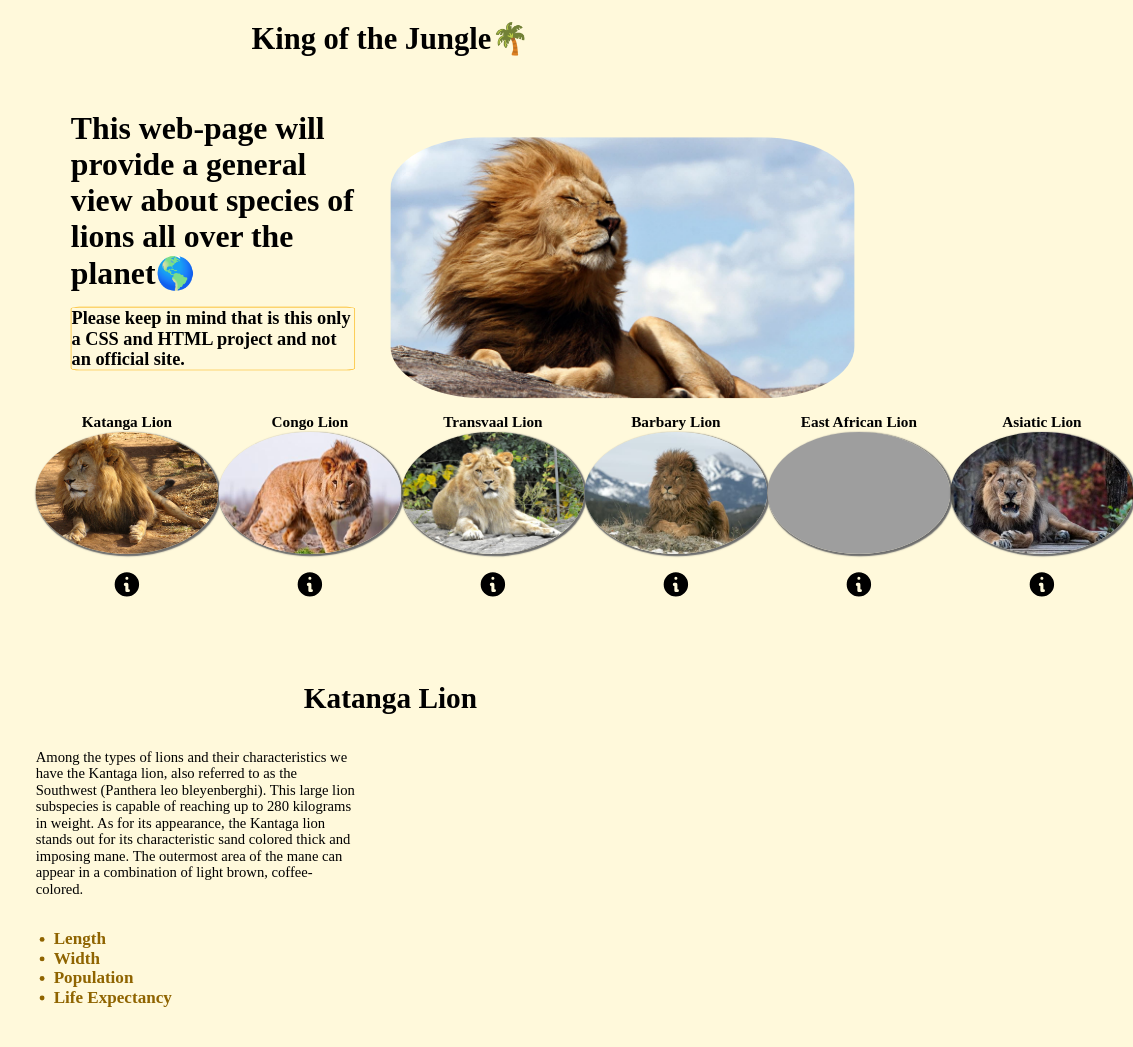
Repository: GeorgeManias/lions_project
Page: index.html
The author's editor kept a copy of each file at every save. The page is drawn from the files as they stood at one save, then again after the next save.
The browser window is 1280 px wide. The page is 1858 px wide, so the pictures cover 1858 px, including what lies to the right of the window. The pictures show the whole page, at 61% of full size.
Pictures or frames that could not be fetched are drawn as grey boxes. Some web fonts or font styles are not loaded; a fallback is used.

Above is the page before, as saved 2021-11-05 20:15:13.

### index.html
<!DOCTYPE html>
<html lang="en">
  <head>
    <link rel="stylesheet" href="index.css" />
    <link
      href="https://fonts.googleapis.com/css2?family=Roboto:ital@1&display=swap"
      rel="stylesheet"
    />
    <link rel="preconnect" href="https://fonts.googleapis.com" />
    <link rel="preconnect" href="https://fonts.gstatic.com" crossorigin />
    <link
      href="https://fonts.googleapis.com/css2?family=Fruktur&family=Roboto:ital,wght@1,100;1,300&display=swap"
      rel="stylesheet"
    />
    <title>King of the Jungle</title>
  </head>
  <div class="container">
    <!--This will be the container fro the main_page-->
    <!--Start of Hero Area ---------------------------------------------------------------------------------------------------------------------------------------->
    <body>
      <header class="header_top">
        <h1>King of the Jungle🌴</h1>
      </header>
      <!--Class above will support the grid between header and main photo-->
      <div class="hero_section">
        <div class="headers_and_mainphoto">
          <header>
            <!--This area will be for the upper body part-->
            <h1 class="main_header">
              This web-page will provide a general view about species of lions
              all over the planet🌎
            </h1>
            <h2 class="project_header">
              Please keep in mind that is this only a CSS and HTML project and
              not an official site.
            </h2>
          </header>
          <img
            src="pictures/main_lion.jpg"
            alt="main_lion_photo"
            class="main_photo"
          />
        </div>

        <!--Multiple Pictures Grid Start----------------------------------------------------------------------------------------------->
        <div class="grid_with_6_pictures">
          <!--Katanga_Lion_Start-->
          <h3 id="katanga_title_cord" class="titles_6">Katanga Lion</h3>
          <img
            src="pictures/katanga_lion.jpg"
            alt="katanga_lion"
            id="katanga_img_cord"
            class="img_6"
          />
          <svg
            href="#"
            class="info_svg"
            xmlns="http://www.w3.org/2000/svg"
            width="100"
            height="100"
            viewBox="0 0 24 24"
          >
            <a href="https://www.google.co.uk/" target="_top" class="svg_link">
              <path
                stroke-linecap="round"
                stroke-linejoin="round"
                stroke-width="2"
                d="M13 16h-1v-4h-1m1-4h.01M21 12a9 9 0 11-18 0 9 9 0 0118 0z"
              />
            </a>
          </svg>
          <!--Katanga_Lion_End-->

          <!--Congo_Lion_Start-->
          <h3 id="congo_title_cord" class="titles_6">Congo Lion</h3>
          <img
            src="pictures/congo_lion.jpg"
            alt="congo_lion"
            id="congo_img_cord"
            class="img_6"
          />
          <svg
            class="info_svg"
            id="congo_info_cord"
            xmlns="http://www.w3.org/2000/svg"
            width="100"
            height="100"
            viewBox="0 0 24 24"
          >
            <a href="https://www.google.co.uk/" target="_top" class="svg_link">
              <path
                stroke-linecap="round"
                stroke-linejoin="round"
                stroke-width="2"
                d="M13 16h-1v-4h-1m1-4h.01M21 12a9 9 0 11-18 0 9 9 0 0118 0z"
              />
            </a>
          </svg>
          <!--Congo_Lion_End-->

          <!--Transvaal_Lion_Start-->
          <h3 id="Transvaal_title_cord" class="titles_6">Transvaal Lion</h3>
          <img
            src="pictures/Transvaal_lion.jpg"
            alt="Transvaal_lion"
            id="Transvaal_img_cord"
            class="img_6"
          />
          <svg
            class="info_svg"
            id="Transvaal_info_cord"
            xmlns="http://www.w3.org/2000/svg"
            width="100"
            height="100"
            viewBox="0 0 24 24"
          >
            <a href="https://www.google.co.uk/" target="_top" class="svg_link">
              <path
                stroke-linecap="round"
                stroke-linejoin="round"
                stroke-width="2"
                d="M13 16h-1v-4h-1m1-4h.01M21 12a9 9 0 11-18 0 9 9 0 0118 0z"
              />
            </a>
          </svg>
          <!--Transvaal_Lion_End-->

          <!--barbary_Lion_Start-->
          <h3 id="barbary_title_cord" class="titles_6">Barbary Lion</h3>
          <img
            src="pictures/barbary_lion.jpg"
            alt="barbary_lion"
            id="barbary_img_cord"
            class="img_6"
          />
          <svg
            class="info_svg"
            id="barbary_info_cord"
            xmlns="http://www.w3.org/2000/svg"
            width="100"
            height="100"
            viewBox="0 0 24 24"
          >
            <a href="https://www.google.co.uk/" target="_top" class="svg_link">
              <path
                stroke-linecap="round"
                stroke-linejoin="round"
                stroke-width="2"
                d="M13 16h-1v-4h-1m1-4h.01M21 12a9 9 0 11-18 0 9 9 0 0118 0z"
              />
            </a>
          </svg>
          <!--barbary_Lion_End-->

          <!--east_african_Lion_Start-->
          <h3 id="east_african_title_cord" class="titles_6">
            East African Lion
          </h3>
          <img
            src="pictures/east_african.jpg"
            alt="east_african_lion"
            id="east_african_img_cord"
            class="img_6"
          />
          <svg
            class="info_svg"
            id="east_african_info_cord"
            xmlns="http://www.w3.org/2000/svg"
            width="100"
            height="100"
            viewBox="0 0 24 24"
          >
            <a href="https://www.google.co.uk/" target="_top" class="svg_link">
              <path
                stroke-linecap="round"
                stroke-linejoin="round"
                stroke-width="2"
                d="M13 16h-1v-4h-1m1-4h.01M21 12a9 9 0 11-18 0 9 9 0 0118 0z"
              />
            </a>
          </svg>
          <!--east_african_Lion_End-->

          <!--asiatic_Lion_Start-->
          <h3 id="asiatic_title_cord" class="titles_6">Asiatic Lion</h3>
          <img
            src="pictures/asiatic_lion.jpg"
            alt="asiatic_lion"
            id="asiatic_img_cord"
            class="img_6"
          />
          <svg
            class="info_svg"
            id="asiatic_info_cord"
            xmlns="http://www.w3.org/2000/svg"
            width="100"
            height="100"
            viewBox="0 0 24 24"
          >
            <a href="https://www.google.co.uk/" target="_top" class="svg_link">
              <path
                stroke-linecap="round"
                stroke-linejoin="round"
                stroke-width="2"
                d="M13 16h-1v-4h-1m1-4h.01M21 12a9 9 0 11-18 0 9 9 0 0118 0z"
              />
            </a>
          </svg>
          <!--Multiple Pictures Grid End----------------------------------------------------------------------------------------------->
        </div>
      </div>
      <!--End of Hero Area ---------------------------------------------------------------------------------------------------------------------------------------->

      <!------------Analitikh 1/6 Arxh Katanga------------------------------------------------------------------------------------------------------------------------->
      <div class= "analysis_grid">
          <h1 class="analysis_h1">Katanga Lion</h1>
          <p class="analysis_p">Among the types of lions and their characteristics we have the Kantaga lion, also referred to as the Southwest (Panthera leo bleyenberghi). This large lion subspecies is capable of reaching up to 280 kilograms in weight.

            As for its appearance, the Kantaga lion stands out for its characteristic sand colored thick and imposing mane. The outermost area of the mane can appear in a combination of light brown, coffee-colored.</p>
          <ul class="analysis_list">
            <li>Length</li>
            <li>Width</li>
            <li>Population</li>
            <li>Life Expectancy</li>
          </ul>

      </div>
      <!------------Analitikh 1/6 Telos Katanga------------------------------------------------------------------------------------------------------------------------>
    </body>
    </body>
  </div>
</html>






<!--1
  Katanga lion
  Congo Lion
  Transvaal lion
  East African lion
  Asiatic lion
  West African lion

-->

### index.css
/*

--- 01 TYPOGRAPHY SYSTEM

- Font sizes (px)
10 / 12 / 14 / 16 / 18 / 20 / 24 / 30 / 36 / 44 / 52 / 62 / 74 / 86 / 98

- Font weights
Default: 400
Medium: 500
Semi-bold: 600
Bold: 700

- Line heights
Default: 1
Small: 1.05
Medium: 1.2
Paragraph default: 1.6

- Letter spacing
-0.5px
0.75px

--- 02 COLORS

- Primary: ##fab005
- Tints:
#fff9db
#644602

- Shades:


#f0ede6


- Accents:
- Greys

#888
#767676 (lightest grey allowed on #fff)
#6f6f6f (lightest grey allowed on #fdf2e9)
#555
#333

--- 05 SHADOWS

0 2.4rem 4.8rem rgba(0, 0, 0, 0.075);

--- 06 BORDER-RADIUS

Default: 9px
Medium: 11px

--- 07 WHITESPACE

- Spacing system (px)
2 / 4 / 8 / 12 / 16 / 24 / 32 / 48 / 64 / 80 / 96 / 128
*/

html {
  /*εδώ βάζω το 10 με σκοπο το αλλο να έχει ευκολο πολαπλασσιο του rem*/
  font-size: 10px;
  margin-left: 0%;
  margin-right: 0%;
}

body {
  background-color: #fff9db;
  margin-bottom: 3%;
}

.header_top {
  font-family: "Fruktur", cursive;
  text-align: center;
  font-size: 2.5rem;
  margin-bottom: 0;
}

.hero_section {
  padding-left: 5rem;
  padding-right: 5rem;
}

header {
  margin-left: 10%;
  margin-right: 10%;
}

.main_header {
  font-size: 5.2rem;
  margin-bottom: 0;
}

.project_header {
  font-size: 3rem;
  border: 0.1rem solid #fab005;
  border-radius: 3%;
}

.headers_and_mainphoto {
  /*Αυτο το πεδίο αναφέρεται στο grid*/
  display: grid;
  grid-template-columns: 50% 50%;
  align-items: center;
}

.grid_with_6_pictures {
  display: grid;
  grid-template-columns: 1fr 1fr 1fr 1fr 1fr 1fr;
  grid-template-rows: auto auto auto;
  justify-items: center;
  align-items: flex-end;
}

.main_photo {
  width: 761px;
  margin-top: 100px;
  border-radius: 20%;
}

.img_6 {
  width: 300px;
  height: 200px;
  border-radius: 50%;
  box-shadow: 2px 2px 2px 2px rgb(109, 109, 109);
}

.titles_6 {
  font-size: 2.5rem;
  margin-bottom: 0.8%;
}

.info_svg {
  width: 20%;
  stroke: #fff9db;
  border-radius: 0;
  padding-top: 0%;
}

.svg_link:link {
  width: 20%;
  stroke: #fff9db;
  border-radius: 0;
  padding-top: 0%;
}

.svg_link:visited {
  width: 20%;
  stroke: #fff9db;
  border-radius: 0;
  padding-top: 0%;
}

.svg_link:hover {
  width: 20%;
  stroke: #fab005;
  border-radius: 0;
  padding-top: 0%;
  transition: all 1s;
}
/*//////////////////////////////////////////////////////////////////////////////////////////////////////////////////////////////////////////////////////////////////*/
/*Katanga Lion Cord Start*/
#katanga_title_cord {
  grid-column: 1/2;
  grid-row: 1/2;
}
#katanga_img_cord {
  grid-column: 1/2;
  grid-row: 2/3;
}

#katanga_info_cord {
  grid-column: 1/2;
  grid-row: 3/4;
}
/*Katanga Lion Cord End*/

/*Congo Lion Cord Start*/
#congo_title_cord {
  grid-column: 2/3;
  grid-row: 1/2;
}
#congo_img_cord {
  grid-column: 2/3;
  grid-row: 2/3;
}

#congo_info_cord {
  grid-column: 2/3;
  grid-row: 3/4;
}
/*Congo Lion Cord End*/

/*Transvaal Lion Cord Start*/
#Transvaal_title_cord {
  grid-column: 3/4;
  grid-row: 1/2;
}
#Transvaal_img_cord {
  grid-column: 3/4;
  grid-row: 2/3;
}

#Transvaal_info_cord {
  grid-column: 3/4;
  grid-row: 3/4;
}
/*Transvaal Lion Cord End*/

/*Congo Lion Cord End*/

/*barbary Lion Cord Start*/
#barbary_title_cord {
  grid-column: 4/5;
  grid-row: 1/2;
}
#barbary_img_cord {
  grid-column: 4/5;
  grid-row: 2/3;
}

#barbary_info_cord {
  grid-column: 4/5;
  grid-row: 3/4;
}
/*barbary Lion Cord End*/

/*east_african Lion Cord Start*/
#east_african_title_cord {
  grid-column: 5/6;
  grid-row: 1/2;
}
#east_african_img_cord {
  grid-column: 5/6;
  grid-row: 2/3;
}

#east_african_info_cord {
  grid-column: 5/6;
  grid-row: 3/4;
}
/*east_african Lion Cord End*/

/*asiatic Lion Cord Start*/
#asiatic_title_cord {
  grid-column: 6/7;
  grid-row: 1/2;
}
#asiatic_img_cord {
  grid-column: 6/7;
  grid-row: 2/3;
}

#asiatic_info_cord {
  grid-column: 6/7;
  grid-row: 3/4;
}
/*asiatic Lion Cord End*/
/*//////////////////////////////////////////////////////////////////////////////////////////////////////////////////////////////////////////////////////////////////*/

/*////////////////////////////////////////////////////////////////////////////////////////////////////////////////////////////////////////////////////////////////////
Katanga Analysis 1/6 Arxh
////////////////////////////////////////////////////////////////////////////////////////////////////////////////////////////////////////////////////////////////////*/
.analysis_grid {
  display: grid;
  grid-template-columns: 1fr 1fr;
  grid-template-rows: auto auto auto;
  margin-top: 6%;
}

.analysis_h1 {
  font-size: 4.8rem;
  text-align: center;
}

.analysis_p {
  font-size: 2.4rem;
  padding-left: 8%;
  padding-right: 8%;
}

.analysis_list {
  font-size: 2.8rem;
  padding-left: 8rem;
  font-weight: 700;
  color: #8f6400;
}
/*Katanga Analysis stixisi Arxh///////////////////////////////////////////////*/
.analysis_h1 {
  grid-column: 1/-1;
}

.analysis_p {
  grid-row: 2/3;
  grid-column: 1/2;
}

.analysis_list {
  grid-row: 3/4;
  grid-column: 1/2;
}

/*Katanga Analysis stixisi Telos///////////////////////////////////////////////*/

After the next save:
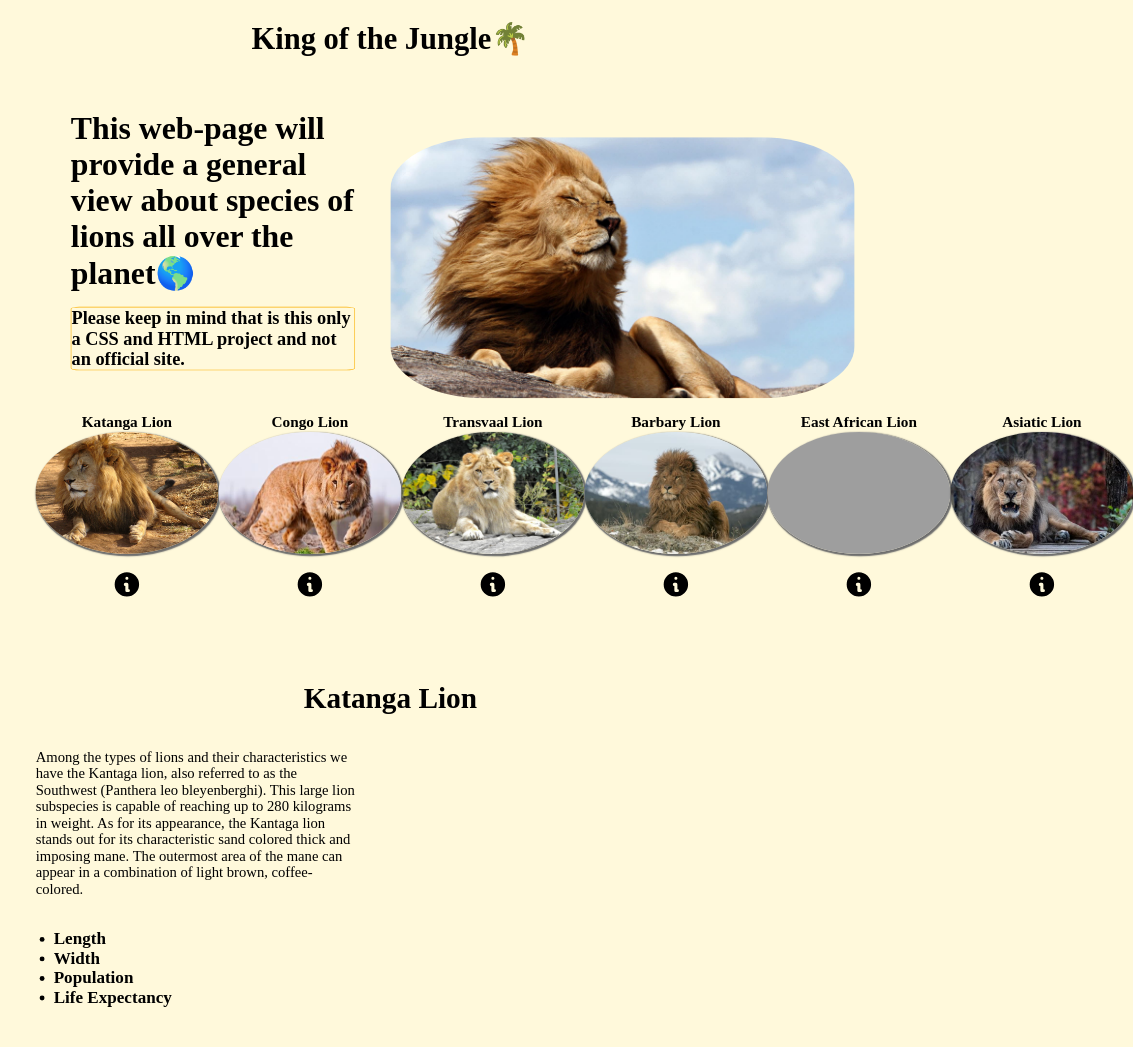
Saved 79 s later.
--- a/index.css
+++ b/index.css
@@ -284,7 +284,7 @@
   font-size: 2.8rem;
   padding-left: 8rem;
   font-weight: 700;
-  color: #8f6400;
+  color: 644602;
 }
 /*Katanga Analysis stixisi Arxh///////////////////////////////////////////////*/
 .analysis_h1 {

After the save that followed:
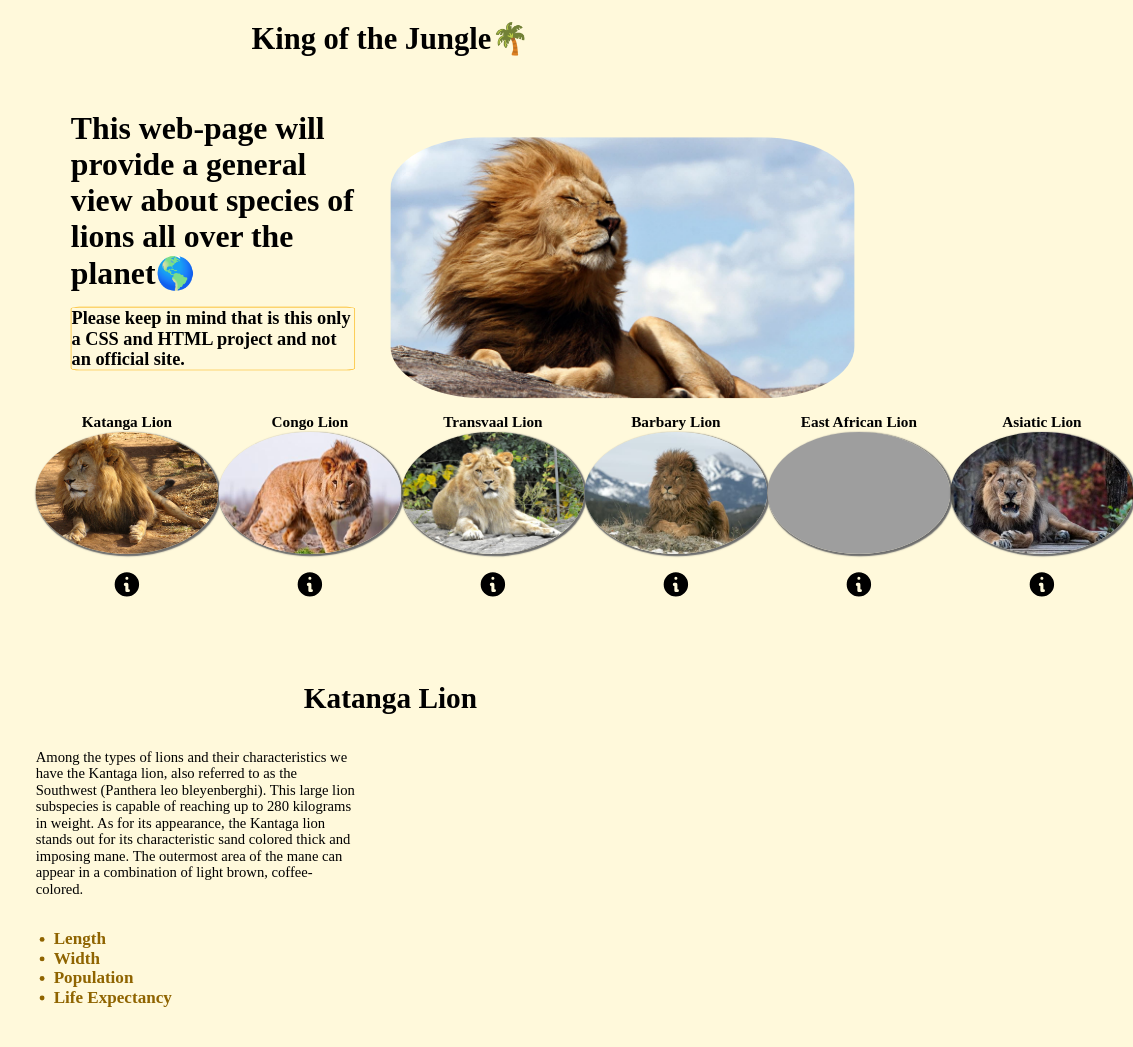
Saved 17 s later.
--- a/index.css
+++ b/index.css
@@ -284,7 +284,7 @@
   font-size: 2.8rem;
   padding-left: 8rem;
   font-weight: 700;
-  color: 644602;
+  color: #8f6400;
 }
 /*Katanga Analysis stixisi Arxh///////////////////////////////////////////////*/
 .analysis_h1 {
